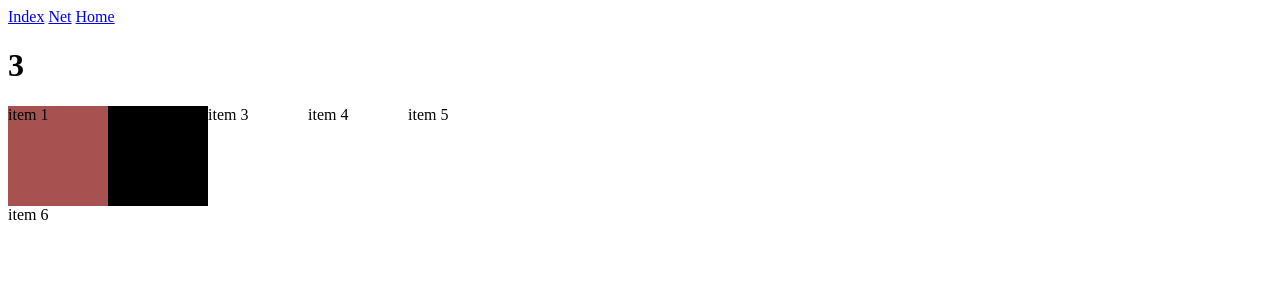
Repository: Nguyen-Toan-2004/du-an-test
Page: product.htm
The author's editor kept a copy of each file at every save. The page is drawn from the files as they stood at one save, then again after a run of saves.
The browser window is 1280 px wide. The pictures show the whole page.

Above is the page before, as saved 2025-10-22 19:42:28.

### product.htm
<!DOCTYPE html>
<html lang="en">
  <head>
    <meta charset="UTF-8" />
    <meta name="viewport" content="width=device-width, initial-scale=1.0" />
    <title>Product</title>
  </head>
  <body>
    <a href="index.html">Index</a>
    <a href="net.htm">Net</a>
    <a href="home.html">Home</a>
    <h1>3</h1>
    <style>
      .container {
        display: grid;
        grid-template-columns: repeat(5, 100px);
        grid-template-rows: repeat(3, 100px);
      }
      .box {
        background: #b46464;
        display: flex;
        justify-content: center;
        align-items: center;
      }
      .box1{
        background: #a85151;
      }
      .box2{
        background: #000;
      }
    </style>
    <div class="container">
      <div class="box1">item 1</div>
      <div class="box2">item 2</div>
      <div class="box3">item 3</div>
      <div class="box4">item 4</div>
      <div class="box5">item 5</div>
      <div class="box6">item 6</div>
    </div>
  </body>
</html>

After the next 9 saves:
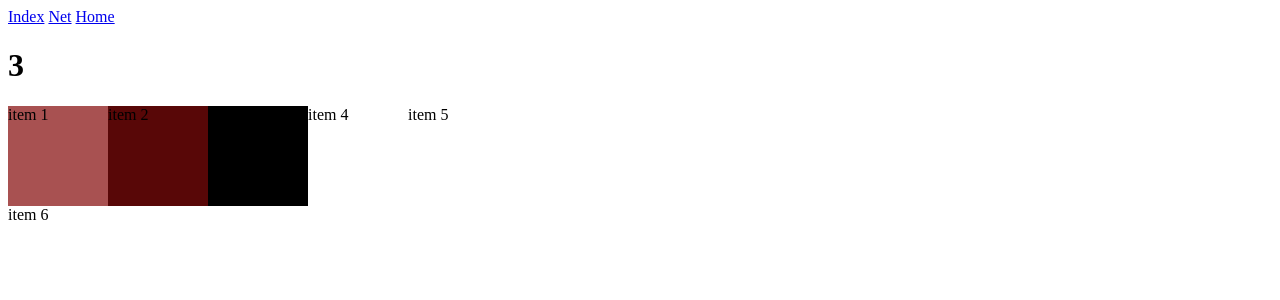
The 9 saves are shown as one change because they came seconds apart.
The last was saved 17 s later.
--- a/product.htm
+++ b/product.htm
@@ -26,6 +26,9 @@
         background: #a85151;
       }
       .box2{
+        background: #580707;
+      }
+      .box3{
         background: #000;
       }
     </style>
